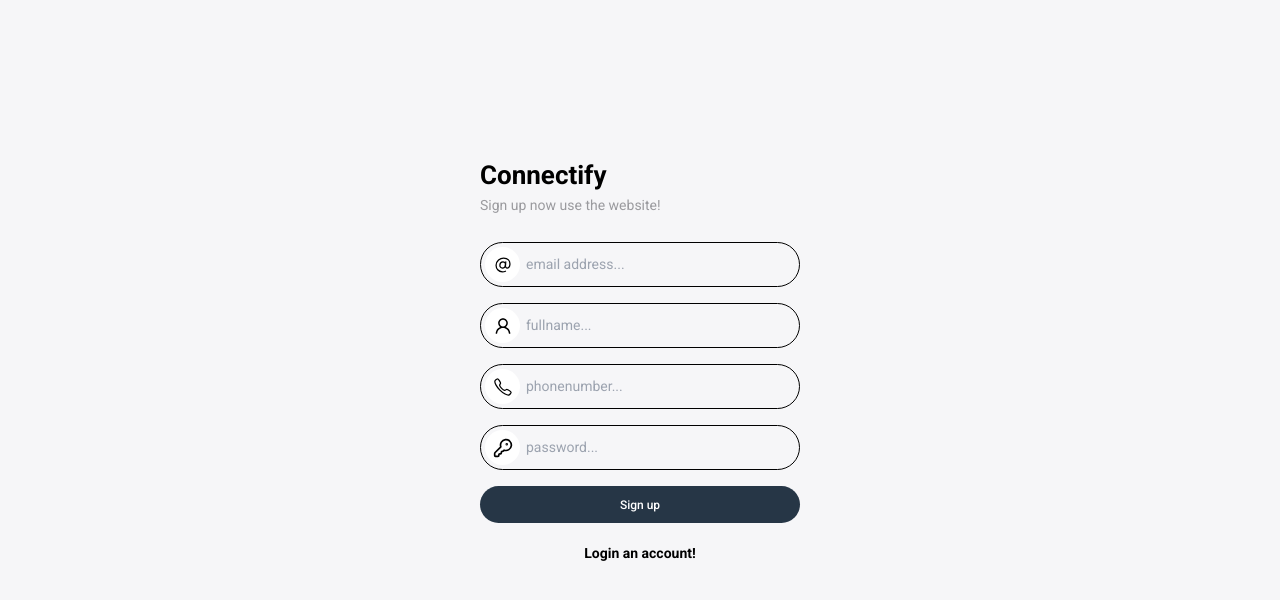
Repository: tvbacs/JavaWebProjectUI
Page: /signup
These files come from the project's save history. The page is drawn as it stood at one moment and after the next save; the edit follows.
The browser window is 1280 px wide. The pictures show the whole page.
The project was rebuilt for these pictures with package versions that can differ from the ones it lists, and the page was loaded fresh each time. Also part of the build but not shown: src/pages/Auth/Login/index.js, src/pages/HomePage/HomePage.module.scss, src/components/Item/Item.module.scss, src/utils/formatPrice.js, src/components/Item/index.js, src/components/Scroll/Scroll.module.scss, src/components/Scroll/index.js, src/services/electronicService.js and 53 more.

Above is the page before, as saved 2025-05-25 06:04:39.

### src/index.js
import React from 'react';
import ReactDOM from 'react-dom/client';
import App from './App';
import GlobalStyles from '@/Globals/GlobalStyles';
import { BrowserRouter } from 'react-router-dom';
import { UserProvider } from './contexts/UserContext';

const root = ReactDOM.createRoot(document.getElementById('root'));
root.render(
  <BrowserRouter>
      <UserProvider>
      <GlobalStyles>
        <App />
      </GlobalStyles>
          </UserProvider>
  </BrowserRouter>
);

### src/App.js
import { Routes, Route } from "react-router-dom";
import { publicRoutes, privateRoutes, adminRoutes } from "./routes";
import MainLayout from "@/layout/MainLayout";
import PrivateRoute from "@/routes/PrivateRoute";
import AdminRoute from "@/routes/AdminRoute";
import { useUser } from "./contexts/UserContext";
import { useEffect } from "react";
import authService from "./services/authService";

function App() {
    const { setUser } = useUser();
    useEffect(() => {
    const token = localStorage.getItem('token');
    if (token) {
      (async () => {
        const res = await authService.getMe();
        if (res.success) {
          setUser(res.user);
        } else {
          console.warn("Lỗi lấy thông tin người dùng:", res.message);
          localStorage.removeItem('token');
          setUser(null);
        }
      })();
    }
  }, [setUser]);
  return (
    <Routes>
      {publicRoutes.map(({ path, component: Component, layout }, index) => {
        let Layout;

        if (layout === null) {
          Layout = ({ children }) => <>{children}</>;
        } else if (layout) {
          Layout = layout;
        } else {
          Layout = MainLayout;
        }

        return (
          <Route
            key={index}
            path={path}
            element={
              <Layout>
                <Component />
              </Layout>
            }
          />
        );
      })}

      {privateRoutes.map(({ path, component: Component, layout }, index) => {
        let Layout = layout || MainLayout;

        return (
          <Route
            key={index}
            path={path}
            element={
              <PrivateRoute>
                <Layout>
                  <Component />
                </Layout>
              </PrivateRoute>
            }
          />
        );
      })}

      {adminRoutes.map(({ path, component: Component, layout }, index) => {
        let Layout = layout || MainLayout;

        return (
          <Route
            key={`admin-${index}`}
            path={path}
            element={
              <AdminRoute>
                <Layout>
                  <Component />
                </Layout>
              </AdminRoute>
            }
          />
        );
      })}

      <Route
        path="*"
        element={
          <MainLayout>
            <div>Trang không tồn tại (404)</div>
          </MainLayout>
        }
      />
    </Routes>
  );
}

export default App;

### src/Globals/GlobalStyles/index.js
import "./GlobalStyles.scss";

function GlobalStyles({children}){
    return(
        children
    )
}
export default GlobalStyles;

### src/contexts/UserContext.js
import { createContext, useContext, useState, useMemo } from 'react';

const UserContext = createContext(null);

export const UserProvider = ({ children }) => {
  const [user, setUser] = useState(null);
  const [isLoading, setIsLoading] = useState(false);
  const [isFetched, setIsFetched] = useState(false);

  const contextValue = useMemo(
    () => ({
      user,
      setUser,
      isLoading,
      setIsLoading,
      isFetched,
      setIsFetched,
    }),
    [user, isLoading, isFetched]
  );

  return (
    <UserContext.Provider value={contextValue}>
      {children}
    </UserContext.Provider>
  );
};

export const useUser = () => useContext(UserContext);

### src/routes/index.js
import LoginPage from "@/pages/Auth/Login"
import HomePage from "@/pages/HomePage"
import LaptopPage from "@/pages/LaptopPage"
import MobilePage from "@/pages/MobilePage"
import BuyPage from "@/pages/BuyPage"
import SignupPage from "@/pages/Auth/Signup"
import ProducDetail from "@/pages/ProductDetail"
import ProducDetailLayout from "@/layout/ProductDetailLayout"
import OnlyHeaderLayout from "@/layout/OnlyHeaderLayout"
import Profile from "@/pages/Profile"
import LabTopLayout from "@/layout/LaptopLayout"
import CartPage from "@/pages/Cart"
import OrderHistory from "@/pages/OrderHistory"

// Admin imports
import AdminLayout from "@/layout/AdminLayout"
import AdminDashboard from "@/pages/Admin/Dashboard"
import AdminUsers from "@/pages/Admin/Users"
import AdminProducts from "@/pages/Admin/Products"
import AdminOrders from "@/pages/Admin/Orders"
import AdminCategories from "@/pages/Admin/Categories"
import AdminBrands from "@/pages/Admin/Brands"


const publicRoutes = [
        { path: '/login', component : LoginPage,  layout: null},
        { path: '/signup', component : SignupPage,  layout: null},
        { path: '/', component : HomePage},
        { path: '/laptop', component : LaptopPage,layout: LabTopLayout},
        { path: '/mobile', component : MobilePage},
        { path: '/product/:id', component : ProducDetail ,layout : ProducDetailLayout},
        { path: '/profile', component : Profile ,layout : OnlyHeaderLayout},
]

const privateRoutes = [
        { path: '/buy/:id', component : BuyPage,layout : OnlyHeaderLayout},
        { path: '/cart', component : CartPage,layout : OnlyHeaderLayout},
        { path: '/orders', component : OrderHistory,layout : OnlyHeaderLayout},
]

const adminRoutes = [
        { path: '/admin/dashboard', component : AdminDashboard, layout : AdminLayout},
        { path: '/admin/users', component : AdminUsers, layout : AdminLayout},
        { path: '/admin/products', component : AdminProducts, layout : AdminLayout},
        { path: '/admin/orders', component : AdminOrders, layout : AdminLayout},
        { path: '/admin/categories', component : AdminCategories, layout : AdminLayout},
        { path: '/admin/brands', component : AdminBrands, layout : AdminLayout},
]

export { publicRoutes, privateRoutes, adminRoutes }

### src/services/authService.js
// src/services/authService.js
import request from '@/utils/request';
import QueryString from 'qs';

const authService = {
  // Đăng nhập
  login: async (email, password) => {
    try {
      const response = await request.post(
        '/auth/login',
        QueryString.stringify({ email, password }),
        {
          headers: {
            'Content-Type': 'application/x-www-form-urlencoded',
          },
        }
      );
      const { token } = response.data;
      localStorage.setItem('token', token);
      return { success: true, token };
    } catch (error) {
      const message = error.response?.data?.error || 'Đăng nhập thất bại.';
      return { success: false, message };
    }
  },

  // Đăng ký
  signup: async (email, fullname, phonenumber, password) => {
    try {
      const response = await request.post(
        '/auth/signup',
        QueryString.stringify({
          email,
          fullname,
          phonenumber,
          password,
        }),
        {
          headers: {
            'Content-Type': 'application/x-www-form-urlencoded',
          },
        }
      );

      return {
        success: true,
        message: response.data.message || 'Đăng ký thành công',
      };
    } catch (error) {
      const message = error.response?.data?.error || 'Đăng ký thất bại.';
      return { success: false, message };
    }
  },

  getMe: async () => {
    try {
      const token = localStorage.getItem('token');
      if (!token) {
        return { success: false, message: 'Chưa đăng nhập.' };
      }

      const response = await request.get('/auth/me', {
        headers: {
          Authorization: `Bearer ${token}`,
        },
      });

      return {
        success: true,
        user: response.data,
      };
    } catch (error) {
      const message = error.response?.data?.error || 'Không thể lấy thông tin người dùng.';
      if (error.response?.status === 401) {
        localStorage.removeItem('token');
      }
      return { success: false, message };
    }
  },

  // Đăng xuất
  logout: () => {
    localStorage.removeItem('token');
  },

  // Lấy token hiện tại
  getToken: () => {
    return localStorage.getItem('token');
  },
};

export default authService;

### src/Globals/GlobalStyles/GlobalStyles.scss
@import 'normalize.css';
@import url('https://fonts.googleapis.com/css2?family=Roboto:wght@400;500;700&display=swap');
:root{
    --primary:#263646;
    --bgc:#F6F6F8;
    --gray50: #3F3F4680;
    --gray85:#3F3F46D9;
}
*{
    box-sizing: border-box;
}
html{
    font-size: 62.5%;
    //62.5 của 16px = 10px -> 1rem=10px
}
body{
    font-family: 'Roboto', sans-serif;
    font-size: 1.6rem;
    line-height: 1.5;
    text-rendering: optimizeSpeed;
}
@tailwind base;
@tailwind components;
@tailwind utilities;
@mixin input(){
    border:none;
    outline:none;
    background-color: transparent;
}
@mixin flex-center(){
    display: flex;
    justify-content: center;
    align-items: center;
}
@mixin button(){
    border:none;
    outline:none;
    cursor:pointer;

}
@mixin a(){
    text-decoration: none;
    color:var(--black);
}

### src/pages/Auth/Signup/index.js
import classNames from "classnames/bind";
import styles from "../Auth.module.scss";
import { Link, useLocation, useNavigate } from "react-router-dom";
import { IoAt } from "react-icons/io5";
import { LuKeyRound } from "react-icons/lu";
import { AiOutlineUser } from "react-icons/ai";
import { IoCallOutline } from "react-icons/io5";
import authService from "@/services/authService";
import { useState } from "react";

const cx = classNames.bind(styles);

function SignupPage() {
  const navigate = useNavigate();
  const location = useLocation();
  const from = location.state?.from?.pathname || "/";
  const [email, setEmail] = useState("");
  const [fullname, setFullname] = useState("");
  const [phonenumber, setPhonenumber] = useState("");
  const [password, setPassword] = useState("");
  const [error, setError] = useState("");
  const [success, setSuccess] = useState("");

  const handleSignup = async (e) => {
    e.preventDefault();
    setError("");
    setSuccess("");

    const result = await authService.signup(email, fullname, phonenumber, password);

    if (result.success) {
      setSuccess(result.message);
      setTimeout(() => navigate("/login"), 2000); // Chuyển về trang đăng nhập sau 2 giây
    } else {
      setError(result.error);
    }
  };

  return (
    <div className={cx("wrapper")}>
      <div className={cx("content")}>
        <h1>Connectify</h1>
        <span>Sign up now use the website!</span>
        <form onSubmit={handleSignup}>
          <div className={cx("form-group")}>
            <div className={cx("form-group-icon")}>
              <IoAt className={cx("text-[20px]")} />
            </div>
            <input
              className={cx("form-input")}
              placeholder="email address..."
              value={email}
              onChange={(e) => setEmail(e.target.value)}
              required
            />
          </div>
          <div className={cx("form-group")}>
            <div className={cx("form-group-icon")}>
              <AiOutlineUser className={cx("text-[20px]")} />
            </div>
            <input
              className={cx("form-input")}
              placeholder="fullname..."
              value={fullname}
              onChange={(e) => setFullname(e.target.value)}
              required
            />
          </div>
          <div className={cx("form-group")}>
            <div className={cx("form-group-icon")}>
              <IoCallOutline className={cx("text-[20px]")} />
            </div>
            <input
              type="number"
              className={cx("form-input")}
              placeholder="phonenumber..."
              value={phonenumber}
              onChange={(e) => setPhonenumber(e.target.value)}
              required
            />
          </div>
          <div className={cx("form-group")}>
            <div className={cx("form-group-icon")}>
              <LuKeyRound className={cx("text-[20px]")} />
            </div>
            <input
              type="password"
              className={cx("form-input")}
              placeholder="password..."
              value={password}
              onChange={(e) => setPassword(e.target.value)}
              required
            />
          </div>
          {error && <div style={{ color: "red" }}>{error}</div>}
          {success && <div style={{ color: "green" }}>{success}</div>}
          <button className={cx("btn-submit")} type="submit">
            Sign up
          </button>
          <Link className={cx("btn-switch")} to="/login">
            Login an account!
          </Link>
        </form>
      </div>
    </div>
  );
}

export default SignupPage;

### src/utils/request.js
// src/utils/request.js
import axios from 'axios';

const apiClient = axios.create({
  baseURL: process.env.REACT_APP_API_URL || "http://localhost:1512",
  headers: {
    'Content-Type': 'application/json',
  },
});
apiClient.interceptors.request.use(
  (config) => {
    const token = localStorage.getItem('token');
    if (token) {
      config.headers['Authorization'] = `Bearer ${token}`;
    }
    return config;
  },
  (error) => Promise.reject(error)
);

export default apiClient;

### src/pages/Auth/Auth.module.scss
.wrapper{
    width: 100vw;
    height: 100vh;
    background-color: #F6F6F8;
    display:flex;
    justify-content: center;
    align-items: center;
}
.content{
    width: 320px;
    max-width: 100%;
    >h1{
        font-size: 26px;
        font-weight: 600;
    }
    >span{
        font-size: 14px;
        color:var(--gray50);
        margin-bottom: 26px;
        display: block;
    }
}
form{
    width: 100%;
    display:flex;
    flex-direction: column;
}
.form-group{
    display:flex;
    align-items: center;
    border-radius: 30px;
    border:1px solid black;
    padding:4px;
    margin-bottom: 16px;
    &-icon{
        width: 35px;
        height: 35px;
        border-radius: 50%;
        background-color: white;
        display:flex;
        justify-content: center;
        align-items: center;
    }
}
.form-input{
    outline: none;
    flex:1;
    padding-left: 6px;
    background-color: transparent;
    font-size: 14px;
}

.btn-submit{
    width: 100%;
    height: 37px;
    background-color: #263646;
    color:white;
    font-size: 12px;
    font-weight: 500;
    border-radius: 30px;
}
.btn-submit:hover{
    box-shadow: 0 0 8px rgba(0,0,0,0.5);
}
.btn-switch{
    margin:0 auto;
    margin-top: 20px;
    font-size: 14px;
    font-weight: 600;
}
.btn-switch:hover{
    border-bottom: 1px solid #ccc;
}

### src/components/Header/Header.module.scss
@import  "../../Globals/GlobalStyles/GlobalStyles.scss";

.wrapper{
    padding:20px;
    background-color: var(--bgc);
}
.logo{
    color:var(--primary);
    line-height: 10px;
    font-weight: bold;
      font-family: 'Inter', sans-serif;
}
.nav{
  padding-left:20px;
  margin-left: 20px;
  border-left: 2px solid var(--primary);
  &-item{
    margin-right: 20px;
    font-size: 16px;
    font-weight: 600;
    cursor:pointer;
    color:var(--primary);
  }
}
.nav-link {
  position: relative;
  padding-bottom: 4px;
  transition: all 0.5s;

  &.active::before {
    content: '';
    position: absolute;
    width: 40%;
    height: 2px;
    border-radius: 20px;
    background-color: var(--primary);
    bottom: 0;
    left: 50%;
    transform: translateX(-50%);
  }
}

.search{
    min-width: 300px;
    max-width: 350px;
    border-radius: 30px;
    padding:8px 14px;
    background-color: #E8E8E8;
    &-icon{
        font-size: 20px;
        color:var(--gray50);
    }
    &-input{
        @include input();
        font-size: 14px;
        color:var(--primary);
        margin-left: 10px;
    }
}
.cart{
    width: 40px;
    height: 40px;
    border-radius: 50%;
    background-color: #E8E8E8;
    padding:5px;
    @include flex-center();
    margin:0 20px;
    cursor:pointer;
}
.cart:hover{
    box-shadow: 0 0 2px rgba(0,0,0,0.5);
}

.btn-login{
    display:flex;
    align-items: center;
    padding:8px 16px;
    background-color: #E8E8E8;
    border-radius: 20px;

}
.btn-menu{
  width: 40px;
  height: 40px;
  border-radius: 50%;
      background-color: #E8E8E8;
  @include flex-center;
}
.btn-login:hover{
        box-shadow: 0 0 2px rgba(0,0,0,0.5);

}
.btn-login-title {
    color:var(--primary);
    font-weight: 500;
}

@media screen and (max-width: 639px) {
  .wrapper{
    padding:10px;
  }
  .logo{
    font-size: 20px;
  }
  .search{
    min-width: 170px;
  }
  .cart{
    margin:0 5px;
  }
  .btn-login{
    display:none;
  }
  .search-input{
    font-size: 10px;
  }
  .avt-auth{
    display:none;
  }
}

.user-menu {
  display: flex;
  align-items: center;
  gap: 12px;
}

.admin-link {
  background: linear-gradient(135deg, #667eea 0%, #764ba2 100%);
  color: white;
  padding: 6px 12px;
  border-radius: 20px;
  text-decoration: none;
  font-size: 12px;
  font-weight: 600;
  transition: all 0.3s ease;

  &:hover {
    transform: translateY(-1px);
    box-shadow: 0 4px 12px rgba(102, 126, 234, 0.3);
  }
}

@media screen and (min-width: 640px) and (max-width: 1023px) {
  .btn-menu{
    margin-left: 20px;
  }
}

### src/components/Footer/Footer.module.scss
@import url('https://fonts.googleapis.com/css2?family=Roboto&display=swap');
.wrapper{
    width: 100%;
    padding:20px 30px;
    background-color: var(--primary);
}
.content{
    width: 100%;
    height:100%;
    display: flex;
    align-items: start;
    justify-content: space-between;
    flex-wrap: wrap;
}
.list{
    list-style-type: none;
    .title-small{
        color:white;
        font-size: 16px;
        font-weight:500;
    }
}

.title{
    color:white;
    font-weight: 900;
    font-size: 26px !important;
}
.item{
    color:white;
  font-family: 'Roboto', sans-serif;
    font-weight:100;
    cursor:pointer;
}
.item:hover{
    border-bottom: 1px solid white;
}
.input{
    width: 100%;
    border-radius: 20px;
    background-color: white;
    padding:6px 12px;
    margin:10px 0;
    display:flex;
    align-items: center;

    input{
        font-size: 14px;
        flex:1;
        outline: none;
        padding-left: 6px;
    }
    span{
    font-size: 14px;
    font-weight: 600;
    cursor:pointer;
    }
}
.social{
    width: 36px;
    height: 26px;
    border-radius: 4px;
    background-color: white;
    display:flex;
    justify-content: center;
    align-items: center;
    margin-right: 10px;
    cursor:pointer;
}
.icon-fb{
    color:blue;
    font-size: 20px;
}
.icon-tiktok{
    font-size: 20px;
}

Loaded but not shown: public/index.html (common file); tailwind.config.js (common file)

After the next save:
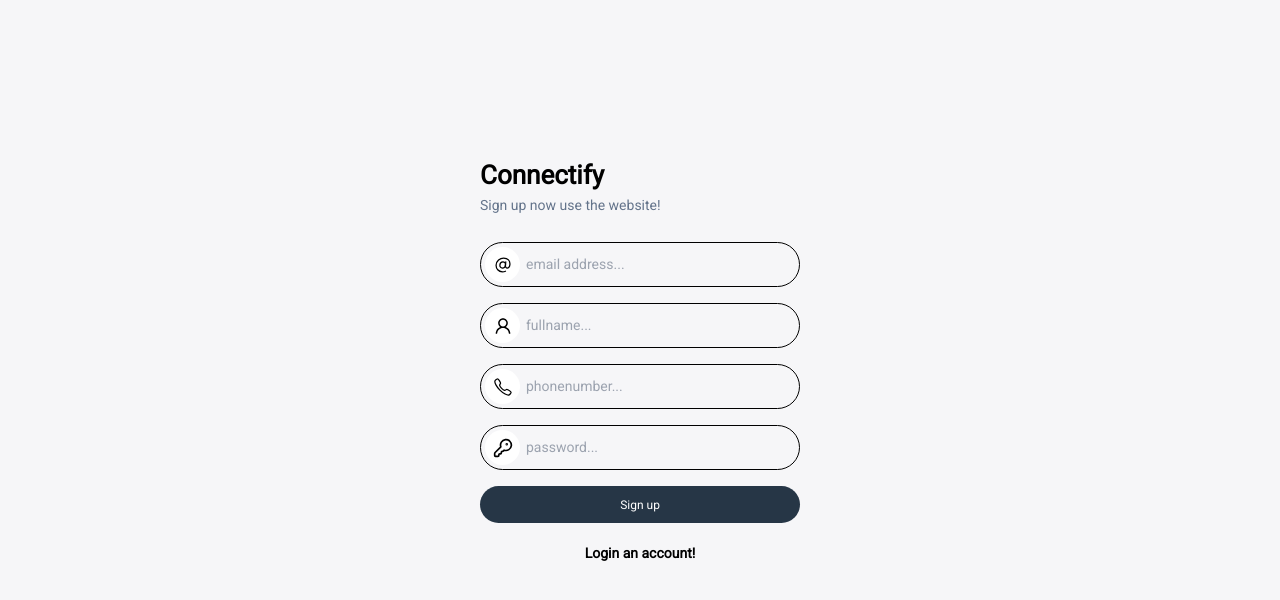
Saved 3 min 15 s later.
--- a/src/Globals/GlobalStyles/GlobalStyles.scss
+++ b/src/Globals/GlobalStyles/GlobalStyles.scss
@@ -1,10 +1,60 @@
 @import 'normalize.css';
-@import url('https://fonts.googleapis.com/css2?family=Roboto:wght@400;500;700&display=swap');
+@import url('https://fonts.googleapis.com/css2?family=Inter:wght@300;400;500;600;700;800&display=swap');
+
 :root{
-    --primary:#263646;
-    --bgc:#F6F6F8;
-    --gray50: #3F3F4680;
-    --gray85:#3F3F46D9;
+    // User Theme Colors
+    --primary: #2563eb;
+    --primary-dark: #1d4ed8;
+    --primary-light: #3b82f6;
+    --secondary: #64748b;
+    --accent: #f59e0b;
+    --success: #10b981;
+    --warning: #f59e0b;
+    --error: #ef4444;
+
+    // Background Colors
+    --bg-primary: #ffffff;
+    --bg-secondary: #f8fafc;
+    --bg-tertiary: #f1f5f9;
+    --bg-gradient: linear-gradient(135deg, #667eea 0%, #764ba2 100%);
+    --bg-gradient-light: linear-gradient(135deg, #f8fafc 0%, #e2e8f0 100%);
+
+    // Text Colors
+    --text-primary: #0f172a;
+    --text-secondary: #475569;
+    --text-tertiary: #64748b;
+    --text-light: #94a3b8;
+
+    // Border Colors
+    --border-primary: #e2e8f0;
+    --border-secondary: #cbd5e1;
+    --border-focus: #3b82f6;
+
+    // Shadow
+    --shadow-sm: 0 1px 2px 0 rgb(0 0 0 / 0.05);
+    --shadow-md: 0 4px 6px -1px rgb(0 0 0 / 0.1), 0 2px 4px -2px rgb(0 0 0 / 0.1);
+    --shadow-lg: 0 10px 15px -3px rgb(0 0 0 / 0.1), 0 4px 6px -4px rgb(0 0 0 / 0.1);
+    --shadow-xl: 0 20px 25px -5px rgb(0 0 0 / 0.1), 0 8px 10px -6px rgb(0 0 0 / 0.1);
+
+    // Spacing
+    --spacing-xs: 0.25rem;
+    --spacing-sm: 0.5rem;
+    --spacing-md: 1rem;
+    --spacing-lg: 1.5rem;
+    --spacing-xl: 2rem;
+    --spacing-2xl: 3rem;
+
+    // Border Radius
+    --radius-sm: 0.375rem;
+    --radius-md: 0.5rem;
+    --radius-lg: 0.75rem;
+    --radius-xl: 1rem;
+    --radius-2xl: 1.5rem;
+
+    // Legacy (for backward compatibility)
+    --bgc: #F6F6F8;
+    --gray50: #64748b;
+    --gray85: #475569;
 }
 *{
     box-sizing: border-box;
